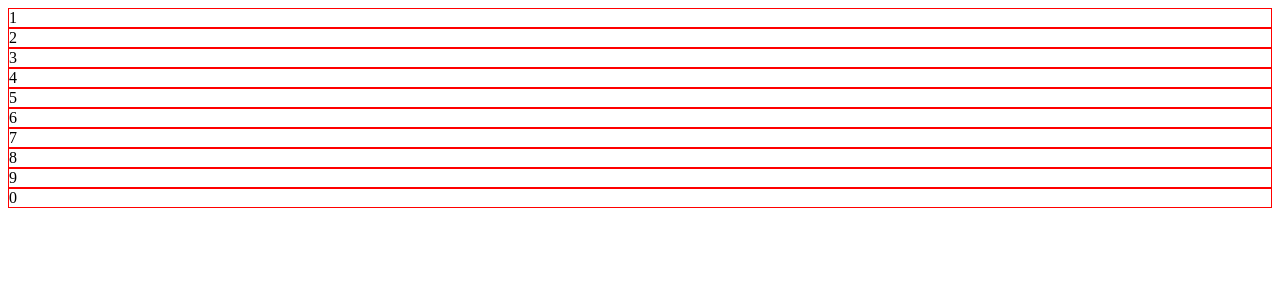
Repository: soso1525/bitcamp
Page: workspace/java-web/src/main/webapp/ch2/2-50.html
An editor plug-in stored every save of this project. The page is shown before and after the next save, followed by the edit.
The browser window is 1280 px wide. The pictures show the whole page.

Above is the page before, as saved 2017-12-12 07:57:04.

### workspace/java-web/src/main/webapp/ch2/2-50.html
<!DOCTYPE html>
<html>
<head>
    <title>HTML5 Basic</title>
    <style>
        div {
            border: 1px solid red;
        }
    </style>
</head>
<body>
    <div>1</div>
    <div>2</div>
    <div>3</div>
    <div>4</div>
    <div>5</div>
    <div>6</div>
    <div>7</div>
    <div>8</div>
    <div>9</div>
    <div>0</div>

</body>
</html>

After the next save:
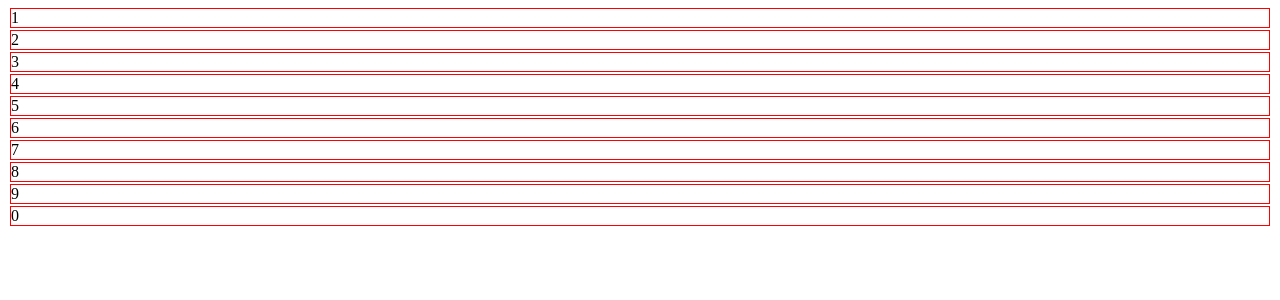
Saved 10 s later.
--- a/workspace/java-web/src/main/webapp/ch2/2-50.html
+++ b/workspace/java-web/src/main/webapp/ch2/2-50.html
@@ -5,6 +5,7 @@
     <style>
         div {
             border: 1px solid red;
+            margin: 2px;
         }
     </style>
 </head>
